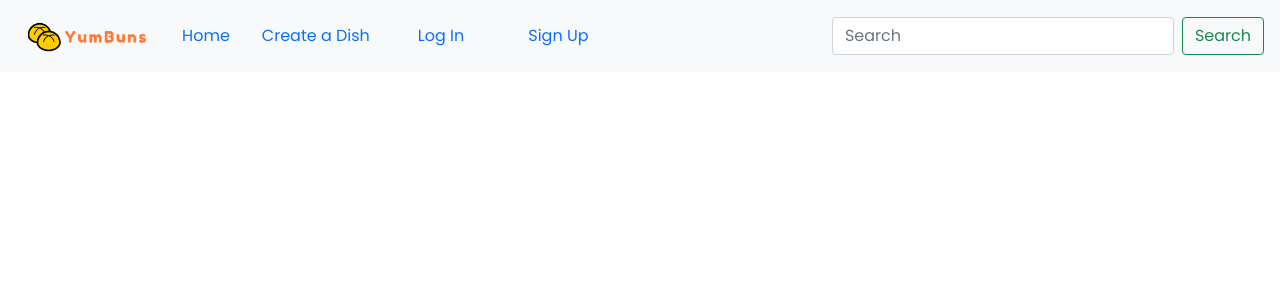
Repository: mottad14/yumBuns
Page: /login (app in client/)
These files come from the project's save history. The page is drawn as it stood at one moment and after a run of saves; the edit follows.
The browser window is 1280 px wide. The pictures show the whole page.
Some web fonts or font styles are not loaded; a fallback is used. The project was rebuilt for these pictures with package versions that can differ from the ones it lists, and the page was loaded fresh each time. Also part of the build but not shown: client/src/components/RecipePreview.js, client/src/views/Main.js, client/src/views/Create.js, client/src/views/Recipe.js, client/src/components/SubscribePop.css, client/src/components/SignUp.jsx, client/src/components/SubscribePop.js.

Above is the page before, as saved 2022-07-29 10:31:12.

### client/public/index.html
<!DOCTYPE html>
<html lang="en">
  <head>
    <meta charset="utf-8" />
    <link rel="icon" href="%PUBLIC_URL%/favicon.ico" />
    <meta name="viewport" content="width=device-width, initial-scale=1" />
    <meta name="theme-color" content="#000000" />
    <meta
      name="description"
      content="Web site created using create-react-app"
    />
    <!--
      Notice the use of %PUBLIC_URL% in the tags above.
      It will be replaced with the URL of the `public` folder during the build.
      Only files inside the `public` folder can be referenced from the HTML.

      Unlike "/favicon.ico" or "favicon.ico", "%PUBLIC_URL%/favicon.ico" will
      work correctly both with client-side routing and a non-root public URL.
      Learn how to configure a non-root public URL by running `npm run build`.
    -->
    <title>Yumbuns</title>
  </head>
  <body>
    <noscript>You need to enable JavaScript to run this app.</noscript>
    <div id="root"></div>
    <!--
      This HTML file is a template.
      If you open it directly in the browser, you will see an empty page.

      You can add webfonts, meta tags, or analytics to this file.
      The build step will place the bundled scripts into the <body> tag.

      To begin the development, run `npm start` or `yarn start`.
      To create a production bundle, use `npm run build` or `yarn build`.
    -->
  </body>
</html>

### client/src/index.js
import React from 'react';
import ReactDOM from 'react-dom';
import './index.css';
import App from './App';
import reportWebVitals from './reportWebVitals';
import {BrowserRouter} from "react-router-dom";

ReactDOM.render(
    <React.StrictMode>
      <BrowserRouter>
            <App />
      </BrowserRouter>
    </React.StrictMode>,
    document.getElementById('root')
);



// If you want to start measuring performance in your app, pass a function
// to log results (for example: reportWebVitals(console.log))
// or send to an analytics endpoint. Learn more: https://bit.ly/CRA-vitals
reportWebVitals();

### client/src/App.js
import React from 'react';
import 'bootstrap/dist/css/bootstrap.min.css';
import {Switch, Route} from "react-router-dom";
import './App.css';
import NavBar from './components/NavBar';
import Main from './views/Main';
import Create from './views/Create';
import Recipe from './views/Recipe';
import SubscribePop from './components/SubscribePop';
import {useState, useEffect} from 'react'
import { AuthContextProvider } from "./contexts/AuthContext";


function App() {
  const [buttonPopup, setButtonPopup] = useState(false);
  const [timedPopup, setTimedPopup] = useState (false);

  useEffect(() => {
    setTimeout(() => {
      setTimedPopup(true)
    }, 45000)
  }, [])


  return (

    <div className="App">
      <div className="">
          <NavBar/>
          <AuthContextProvider>
              <Switch>
                <Route exact path="/">
                  <Main/>
                </Route>

                <Route path="/view/single/:_id">
                  <Recipe/>
                </Route>

                <Route exact path="/create">
                  <Create/>
                </Route>
              </Switch>

              <SubscribePop trigger={buttonPopup} setTrigger={setButtonPopup}>
                <h3>This is my Pop Up</h3>
              </SubscribePop>

              <SubscribePop trigger={timedPopup} setTrigger={setTimedPopup}>
              </SubscribePop>
          </AuthContextProvider>


       </div>
    </div>
  );
}

export default App;

### client/src/App.css
@import url('https://fonts.googleapis.com/css2?family=BIZ+UDGothic&family=Poppins&display=swap');

.App {
  font-family: 'BIZ UDGothic', sans-serif;
  font-family: 'Poppins', sans-serif;
  z-index: 1;
  text-align: center;
}

.recipePreview{
  border: 3px solid rgb(177, 177, 177);
  min-height: 300px;
  width: 250px;
  background-color: rgb(254, 194, 10);
  border-left-style: dotted;
  border-right-style: dotted;
  border-radius: 10%;

}

.recipePreview > img{
  width: 95%;
  border-radius: 10%;
}
.recipePreview >div{
  align-items: center;

}

.Logo{
  margin-left: 10px;
  height: 30px;
}

.sticky{
  position: sticky;
  top: 0;
  z-index: 999;
  background-color: rgb(254, 194, 10);
  border: 2px solid black;
  border-radius: 25px;
}

.thumbnailBox > img{
  height: 40px;
}

.thumbnailBox > img:hover{
  height: 125px;
}

### client/src/components/NavBar.js
import React from "react";
import { Link } from "react-router-dom"
import Nav from 'react-bootstrap/Nav';
import YumBuns from "../imgs/YumBunsLogo.png"

const NavBar = (props) => {
    return(
            <nav className="navbar navbar-expand-lg bg-light mb-3">
                <Link className="navbar-brand mx-3" to="/">  <img className="Logo" src={YumBuns} alt="Logo" /> </Link>

                <div className="collapse navbar-collapse" id="navbarSupportedContent">
                <ul className="navbar-nav me-auto mb-2 mb-lg-0">
                    <li className="nav-item">
                    <Nav.Link> <Link className="nav-link active" aria-current="page" to="/">Home</Link> </Nav.Link>
                    </li>
                    <li className="nav-item">
                    <Nav.Link> <Link className="nav-link" to="/create">Create a Dish</Link> </Nav.Link>
                    </li>
                    <li className="nav-item">
                    <Nav.Link> <Link className="nav-link d-flex mx-3 btn-outline-warning" to="/login"> Log In</Link> </Nav.Link>
                    </li>
                    <li className="nav-item">
                    <Nav.Link> <Link className="nav-link d-flex mx-3 btn-outline-warning" to="/signUp"> Sign Up</Link> </Nav.Link>
                    </li>
                </ul>
                <form className="d-flex mx-3" role="search">
                    <input className="form-control me-2" type="search" placeholder="Search" aria-label="Search" />
                    <button className="btn btn-outline-success" type="submit">Search</button>
                </form>
            </div>
            </nav>
    )
}

export default NavBar;

### client/src/contexts/AuthContext.js
import { createContext, useContext, useEffect, useState } from "react";
import {createUserWithEmailAndPassword,
    signInWithEmailAndPassword,
    signOut,
    onAuthStateChanged}
    from "firebase/auth"
import { auth } from "../firebase";

const UserContext = createContext();

export const AuthContextProvider = ({children}) => {
    const [user, setUser] = useState({})

    const createUser = (email, password) => {
        return (createUserWithEmailAndPassword(auth, email, password))
    }

    const signIn = (email, password) => {
        return signInWithEmailAndPassword(auth, email, password)
    }

    const logout = () =>{
        return signOut(auth);
    }

    useEffect (() => {
        const unsubscribe = onAuthStateChanged(auth, (currentUser) => {
            console.log(currentUser)
            setUser(currentUser)
        })
        return (() => {
            unsubscribe()
        })
    }, [])

    return (
        <UserContext.Provider value={{ createUser, user, signIn, logout }}>
            {children}
        </UserContext.Provider>
    )
}

export const UserAuth = () =>{
    return useContext(UserContext)
}

### client/src/firebase.js
// Import the functions you need from the SDKs you need
import { initializeApp } from "firebase/app";
import { getAuth } from "firebase/auth";
// TODO: Add SDKs for Firebase products that you want to use
// https://firebase.google.com/docs/web/setup#available-libraries

// Your web app's Firebase configuration
console.log(`The current api key is: ${process.env.REACT_APP_FIREBASE_API_KEY}`)
const firebaseConfig = {
  apiKey: process.env.REACT_APP_FIREBASE_API_KEY,
  authDomain: process.env.REACT_APP_FIREBASE_AUTH_DOMAIN,
  projectId: process.env.REACT_APP_FIREBASE_PROJECT_ID,
  storageBucket: process.env.REACT_APP_FIREBASE_STORAGE_BUCKET,
  messagingSenderId: process.env.REACT_APP_FIREBASE_MESSAGING_SENDER_ID,
  appId: process.env.REACT_APP_FIREBASE_APP_ID,
  measurementId: process.env.REACT_APP_FIREBASE_MEASUREMENT_ID
};

// Initialize Firebase
const app = initializeApp(firebaseConfig);
export const auth = getAuth(app);
export default app;

Loaded but not shown: client/src/index.css (common file); client/src/reportWebVitals.js (common file)

After the next 2 saves:
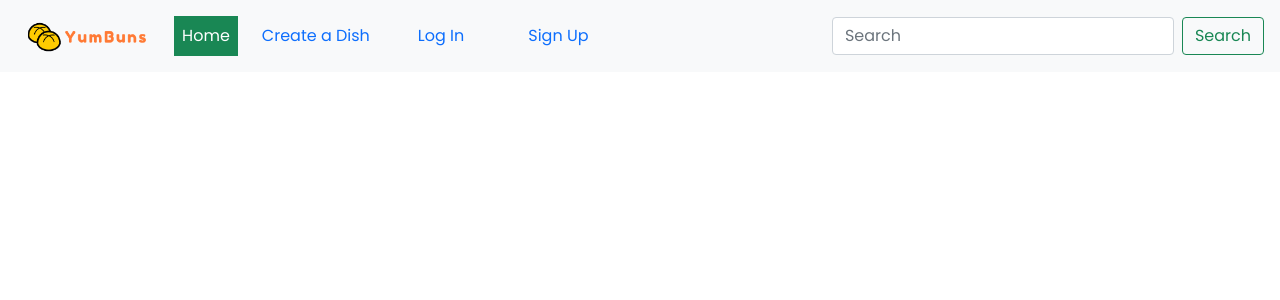
The 2 saves are shown as one change because they came seconds apart.
The last was saved 14 s later.
--- a/client/src/components/NavBar.js
+++ b/client/src/components/NavBar.js
@@ -11,10 +11,10 @@ const NavBar = (props) => {
                 <div className="collapse navbar-collapse" id="navbarSupportedContent">
                 <ul className="navbar-nav me-auto mb-2 mb-lg-0">
                     <li className="nav-item">
-                    <Nav.Link> <Link className="nav-link active" aria-current="page" to="/">Home</Link> </Nav.Link>
+                    <Nav.Link> <Link className="nav-link active btn-outline-success" aria-current="page" to="/">Home</Link> </Nav.Link>
                     </li>
                     <li className="nav-item">
-                    <Nav.Link> <Link className="nav-link" to="/create">Create a Dish</Link> </Nav.Link>
+                    <Nav.Link> <Link className="nav-link btn-outline-success" to="/create">Create a Dish</Link> </Nav.Link>
                     </li>
                     <li className="nav-item">
                     <Nav.Link> <Link className="nav-link d-flex mx-3 btn-outline-warning" to="/login"> Log In</Link> </Nav.Link>
